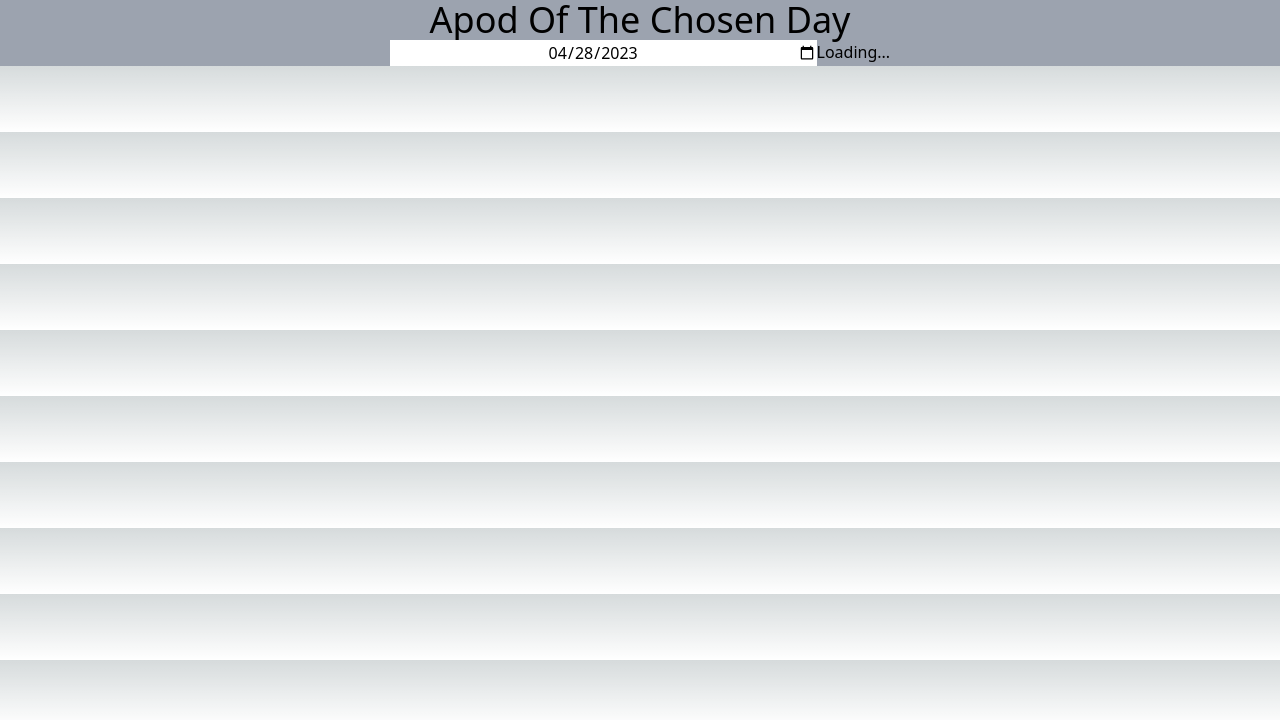
Repository: sercanisli/NasaApod
Page: /
An editor plug-in stored every save of this project. The page is shown before and after the next save, followed by the edit.
The browser window is 1280 px wide. The pictures show the whole page.
The page's requests for data from a server got no answer. The project was rebuilt for these pictures with package versions that can differ from the ones it lists, and the page was loaded fresh each time. The framework's server and built-in components were replaced by stand-ins that run in the browser. No one was signed in, and anything a server would have sent is missing. Also part of the build but not shown: next.config.js.

Above is the page before, as saved 2023-05-12 02:06:43.

After the next save:
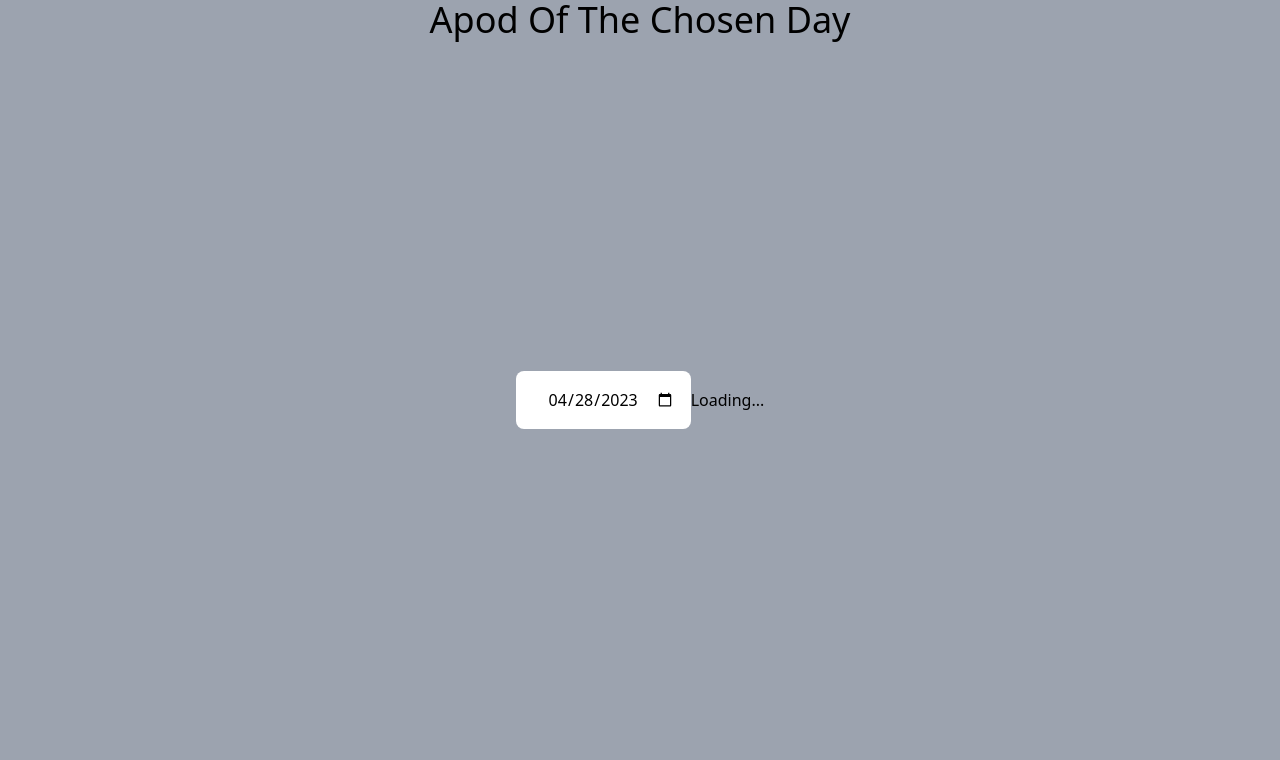
Saved 76 s later.
--- a/components/Apod.js
+++ b/components/Apod.js
@@ -33,9 +33,9 @@ function Apod() {
   };
 
   return (
-    <div className="flex justify-center">
-        <div className="w-1/3">
-            <input className="w-full text-center" onchange="this.style.textAlign='center'" type="date" value={selectedDate.toISOString().substr(0, 10)} onChange={handleDateChange} />
+    <div className="flex justify-center items-center h-screen">
+        <div className="bg-white rounded-lg p-4">
+            <input className="block mx-auto text-center" onchange="this.style.textAlign='center'" type="date" value={selectedDate.toISOString().substr(0, 10)} onChange={handleDateChange} />
         </div>
       {apodData ? (
         <div>
